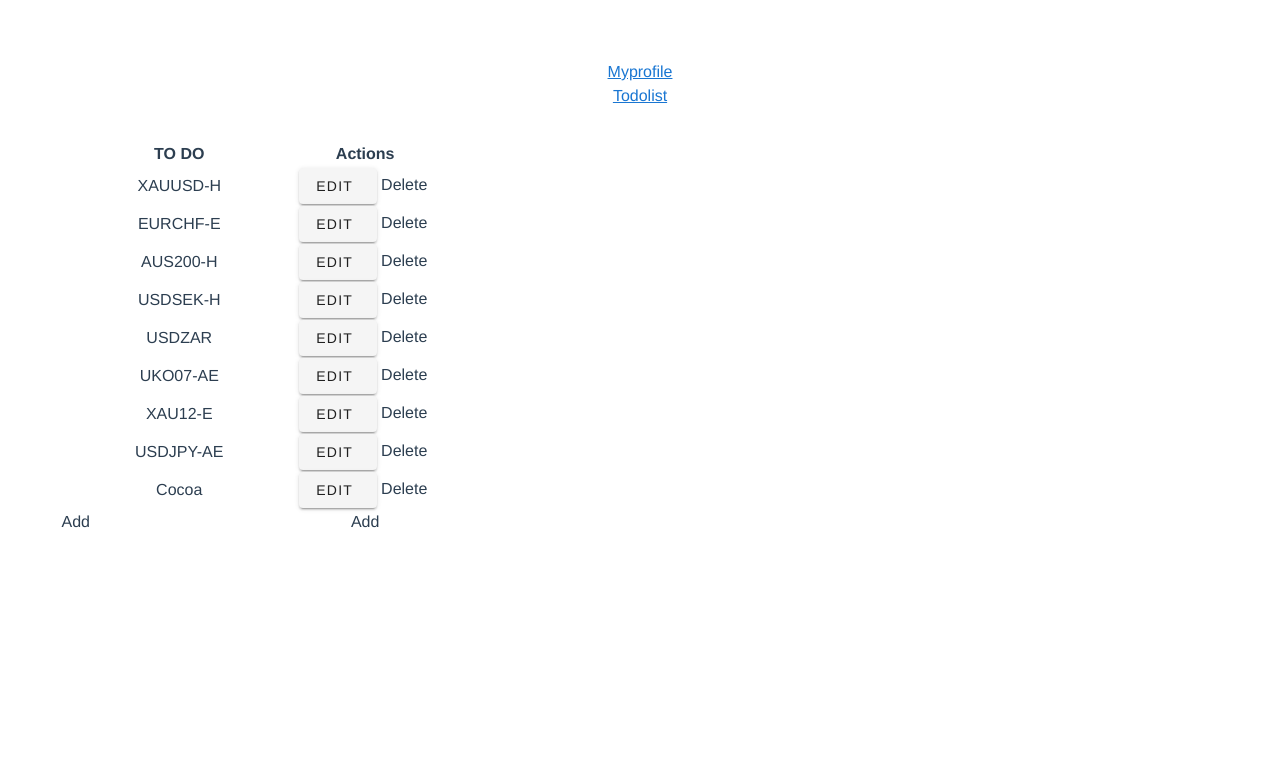
Repository: Shanshan67/todolist
Page: /#/todolist
The author's editor kept a copy of each file at every save. The page is drawn from the files as they stood at one save, then again after the next save.
The browser window is 1280 px wide. The pictures show the whole page.
The project was rebuilt for these pictures with package versions that can differ from the ones it lists, and the page was loaded fresh each time. Requests to the local data server were answered from the project's data file. Also part of the build but not shown: src/pages/Dashboard.vue, src/components/Search.vue, src/components/List.vue, src/pages/Myprofile.vue.

Above is the page before, as saved 2022-07-20 19:00:42.

### index.html
<!DOCTYPE html>
<html>
  <head>
    <meta charset="utf-8">
    <meta name="viewport" content="width=device-width,initial-scale=1.0">
    <link href="https://fonts.googleapis.com/css?family=Roboto:100,300,400,500,700,900" rel="stylesheet">
    <link href="https://cdn.jsdelivr.net/npm/@mdi/font@6.x/css/materialdesignicons.min.css" rel="stylesheet">
    <title>baoge</title>
  </head>
  <body>
    <div id="app"></div>
    <!-- built files will be auto injected -->
  </body>
</html>

### src/main.js
// The Vue build version to load with the `import` command
// (runtime-only or standalone) has been set in webpack.base.conf with an alias.
import Vue from 'vue'
import App from './App'
import router from './router'
import store from './store'
import './plugins/vuetify'
import vuetify from '@/plugins/vuetify'

Vue.config.productionTip = false

/* eslint-disable no-new */
new Vue({
  el: '#app',
  router,
  store,
  vuetify,
  components: { App },
  template: '<App/>'
})

### src/App.vue
<template>
  <v-app>
    <div>
      <HelloWorld/>
    </div>
    <div>
      <router-link to="/profile">Myprofile</router-link>
      <v-spacer></v-spacer>
      <router-link to="/todolist">Todolist</router-link>
    </div>
    <v-content>
      <router-view/>
    </v-content>
  </v-app>
</template>

<script>
import Dashboard from './pages/Dashboard.vue';
export default {
    name: "App",
    components: { Dashboard }
}
</script>

<style>
#app {
  font-family: 'Avenir', Helvetica, Arial, sans-serif;
  -webkit-font-smoothing: antialiased;
  -moz-osx-font-smoothing: grayscale;
  text-align: center;
  color: #2c3e50;
  margin-top: 60px;
}
</style>

### src/router/index.js
import Vue from 'vue'
import Router from 'vue-router'
import Dashboard from '@/pages/Dashboard'
import Myprofile from '../pages/Myprofile'
import Todolist from '../pages/Todolist'

Vue.use(Router)

export default new Router({
  routes: [
    {
      path: '/',
      name: 'Dashboard',
      component: Dashboard
    },
    {
			path:'/profile',
			component:Myprofile
		},
		{
			path:'/todolist',
			component:Todolist
		}
  ]
})

### src/store/index.js
import Vue from 'vue'
import Vuex from 'vuex'
import Axios from "axios"

Vue.use(Vuex)

const todoUrl = "http://localhost:3000/todos";

const actions = {
	searchName(context,value){
		Axios.get(`${todoUrl}/${value}`).then(response => {
            context.commit('searchName', response.data);
			console.log(response.data)
        });
	}
}


const mutations = {
	searchName(state,data){
		state.users = data
	}
}

const state = {
	users:[]
}

export default new Vuex.Store({
	state,
	actions,
	mutations
})

### src/plugins/vuetify.js
// src/plugins/vuetify.js

import Vue from 'vue'
import Vuetify from 'vuetify'
import 'vuetify/dist/vuetify.min.css'

Vue.use(Vuetify, {
    iconfont: 'md',
    theme:{
        primary: '#962ff',
        success: '#3cd1c2',
        info: '#ffaa2c',
        error: '#f83e70',
    }
})

const opts = {}

export default new Vuetify(opts)

### src/pages/Todolist.vue
<template>
	<div class="container">
		<div class="row">
			<div class="col-12">
				<table class="table table-bordered mt-5">
					<thead>
						<tr>
							<th>TO DO</th>
							<th>Actions</th>
						</tr>
					</thead>
					<tbody>
						<tr v-for="(item, i) in todoList" :key="i">
							<td class="align-middle w-75">
								{{item.name}}
							</td>
							<td class="align-middle text-center w-75">
								<v-btn flat>
									<span class="mr-2" @click="handleEdit(item.id)">Edit</span>
								</v-btn>
								<button
									class="btn btn-danger btn-sm mx-1"
									@click="handleDelete(item.id)"
								>
									Delete
								</button>
							</td>
						</tr>
					</tbody>
					<tfoot>
						<td class="align-middle text-center w-75">
							<div class="form-group">
								<label for="">{{
									editMode ? "Edit" : "Add"
								}}</label>
								<input
									type="text"
									class="form-control"
									v-model="todoItem.name"
								/>
							</div>
						</td>
						<td class="align-middle text-center w-25">
							<button
								class="btn btn-primary btn-sm mx-1"
								@click="handleToDoItem"
							>
								{{ editMode ? "Edit" : "Add" }}
							</button>
							<button
								v-if="editMode"
								class="btn btn-danger btn-sm mx-1"
								@click="handleCancel"
							>
								Cancel
							</button>
						</td>
					</tfoot>
				</table>
			</div>
		</div>
	</div>
</template>

<script>
	import Axios from "axios";
	const todoUrl = "http://localhost:3000/todos";
	export default {
		name:'Todolist',
		data() {
			return {
				todoList:[],
				todoItem:{},
				editMode:false
			}
		},
		methods: {
			handleEdit(id){
				this.editMode=true;
				this.todoItem=this.todoList.find((item) => item.id == id);
			},
			handleCancel() {
				this.editMode=false;
				this.todoItem="";
			},
			async handleToDoItem(){
				const id=this.todoItem.id;
				if(this.editMode){
					await Axios.put(`${todoUrl}/${id}`, this.todoItem);
					this.editMode=false;
					this.todoItem.name="";
				}else{
					await Axios.post(todoUrl, this.todoItem);
					this.todoItem.name = "";
				}
				Axios.get(todoUrl).then((response) => (this.todoList = response.data));
			},
			async handleDelete(id) {
				await Axios.delete(`${todoUrl}/${id}`);
				Axios.get(todoUrl).then((response) => (this.todoList = response.data));
			}
		},
		created() {
			Axios.get(todoUrl).then((response) => (this.todoList = response.data));
		}
	}
</script>

### db.json
{
  "todos": [
    {
      "id": 2,
      "server_id": 3,
      "name": "XAUUSD-H",
      "description": "Gold vs USD",
      "currency": "USD",
      "type": 4,
      "digits": 2,
      "trade": 0,
      "swap_long": -1.83625,
      "swap_short": 1.82325,
      "contract_size": 100
    },
    {
      "id": 3,
      "server_id": 3,
      "name": "EURCHF-E",
      "description": "Euro vs Swiss Franc",
      "currency": "EUR",
      "type": 6,
      "digits": 5,
      "trade": 0,
      "swap_long": 0.027,
      "swap_short": -0.825,
      "contract_size": 100000
    },
    {
      "id": 4,
      "server_id": 3,
      "name": "AUS200-H",
      "description": "S&P/ASX200",
      "currency": "AUD",
      "type": 4,
      "digits": 2,
      "trade": 0,
      "swap_long": 0.68,
      "swap_short": -1.06,
      "contract_size": 1
    },
    {
      "id": 5,
      "server_id": 3,
      "name": "USDSEK-H",
      "description": "US Dollar vs Swedish Krona",
      "currency": "USD",
      "type": 4,
      "digits": 5,
      "trade": 0,
      "swap_long": 0.256,
      "swap_short": -1.44,
      "contract_size": 100000
    },
    {
      "id": 6,
      "server_id": 3,
      "name": "USDZAR",
      "description": "US Dollar vs South African Rand",
      "currency": "USD",
      "type": 0,
      "digits": 5,
      "trade": 2,
      "swap_long": -23.004,
      "swap_short": 5.88,
      "contract_size": 100000
    },
    {
      "id": 8,
      "server_id": 3,
      "name": "UKO07-AE",
      "description": "Brent Crude Oil Cash Future 0124-0530",
      "currency": "USD",
      "type": 29,
      "digits": 3,
      "trade": 0,
      "swap_long": -8.604,
      "swap_short": 4.626,
      "contract_size": 1000
    },
    {
      "id": 9,
      "server_id": 3,
      "name": "XAU12-E",
      "description": "Gold Future",
      "currency": "USD",
      "type": 4,
      "digits": 2,
      "trade": 0,
      "swap_long": -11.088,
      "swap_short": 0.792,
      "contract_size": 100
    },
    {
      "id": 10,
      "server_id": 3,
      "name": "USDJPY-AE",
      "description": "US Dollar vs Japanese Yen",
      "currency": "USD",
      "type": 27,
      "digits": 3,
      "trade": 0,
      "swap_long": 1.35,
      "swap_short": -4.191,
      "contract_size": 100000
    },
    {
      "id": 11,
      "server_id": 3,
      "name": "Cocoa",
      "description": "US Cocoa",
      "currency": "USD",
      "type": 20,
      "digits": 1,
      "trade": 0,
      "swap_long": -12.3289,
      "swap_short": 7.3873,
      "contract_size": 10
    }
  ]
}

After the next save:
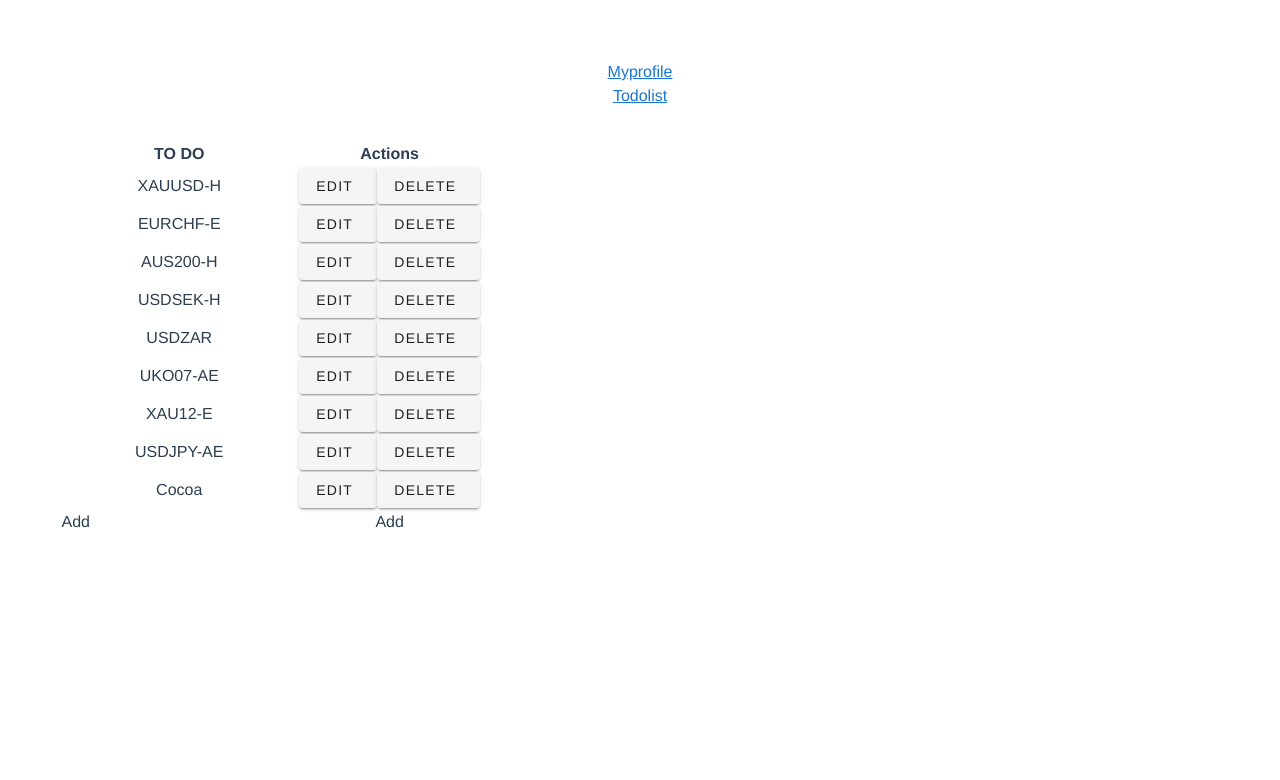
Saved 96 s later.
--- a/src/pages/Todolist.vue
+++ b/src/pages/Todolist.vue
@@ -18,12 +18,9 @@
 								<v-btn flat>
 									<span class="mr-2" @click="handleEdit(item.id)">Edit</span>
 								</v-btn>
-								<button
-									class="btn btn-danger btn-sm mx-1"
-									@click="handleDelete(item.id)"
-								>
-									Delete
-								</button>
+								<v-btn flat>
+									<span class="mr-2" @click="handleDelete(item.id)">Delete</span>
+								</v-btn>
 							</td>
 						</tr>
 					</tbody>
